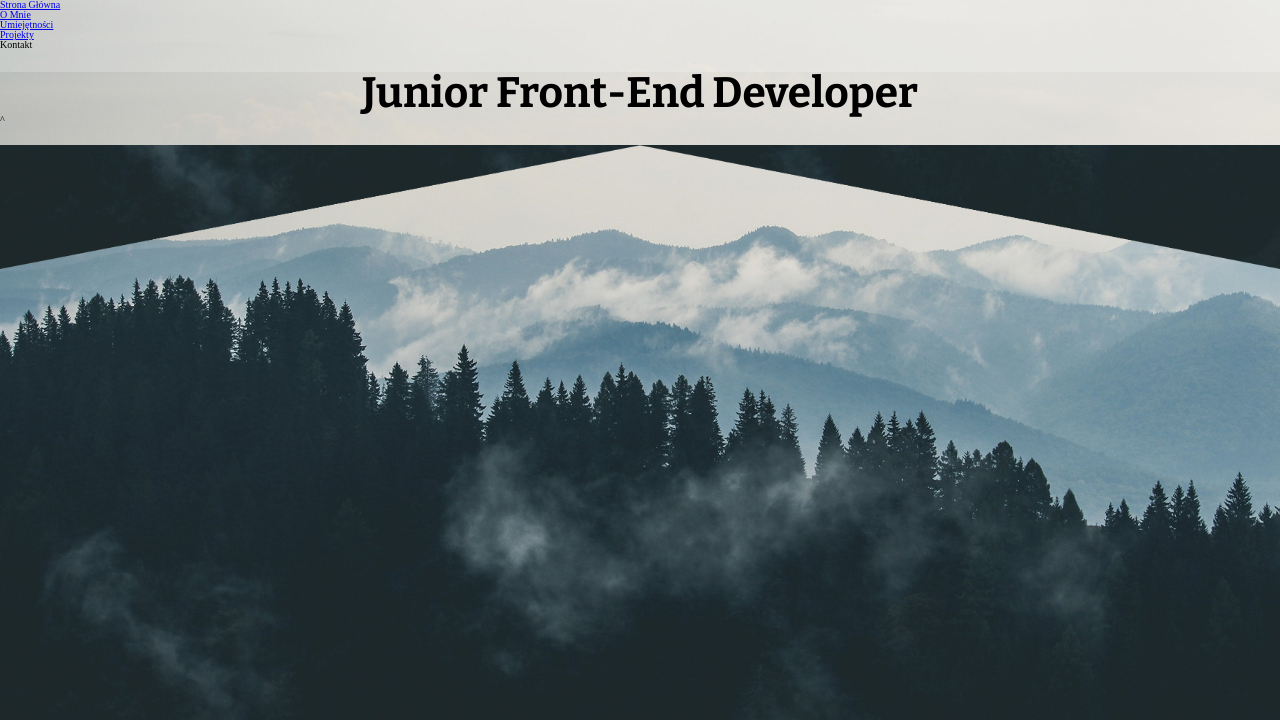
Repository: Maxs777/wizytowka
Page: index.html
The author's editor kept a copy of each file at every save. The page is drawn from the files as they stood at one save, then again after the next save.
The browser window is 1280 px wide. The pictures show the whole page.

Above is the page before, as saved 2019-03-09 21:51:55.

After the next save:
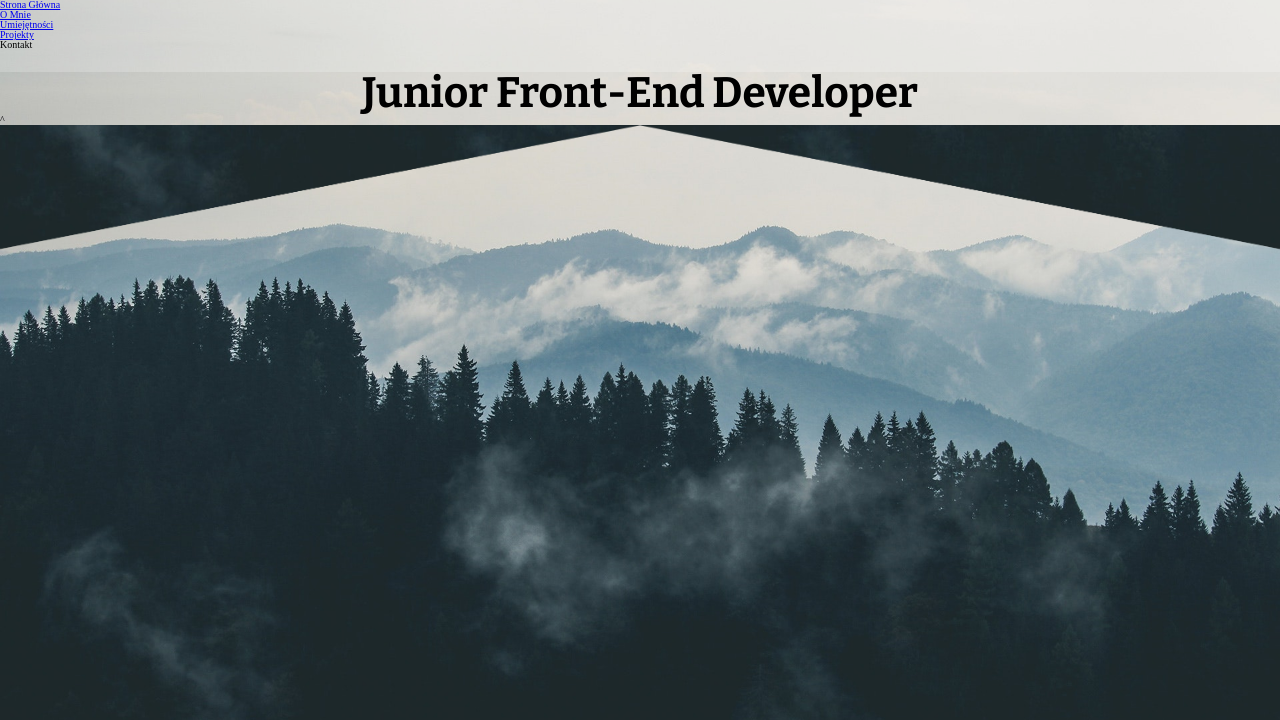
Saved 7 s later.
--- a/_css/style.css
+++ b/_css/style.css
@@ -54,7 +54,7 @@ header{
 }
 
 .downimage{
-        background: url(../_assets/_img/background1.png) bottom / contain no-repeat;
+        background: url(../_assets/_img/background1.png) bottom / cover no-repeat;
         height: 20vh;
         width: 100vw;
 }
